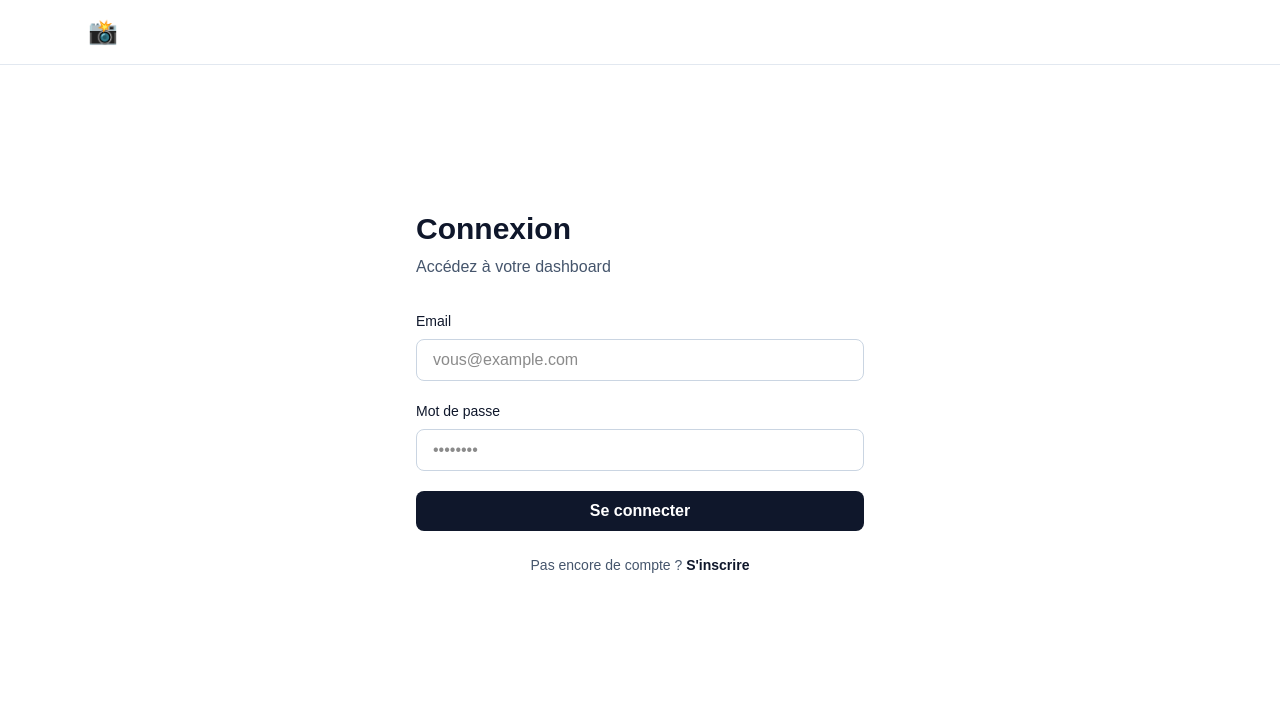
Repository: rodriguesr-sfeir/event-app
Page: /client/login (app in frontend/)
These files come from the project's save history. The page is drawn as it stood at one moment and after the next save; the edit follows.
The browser window is 1280 px wide. The pictures show the whole page.
The project was rebuilt for these pictures with package versions that can differ from the ones it lists, and the page was loaded fresh each time. The framework's server and built-in components were replaced by stand-ins that run in the browser. Also part of the build but not shown: frontend/next.config.ts.

Above is the page before, as saved 2026-08-10 19:00:20.

After the next save:
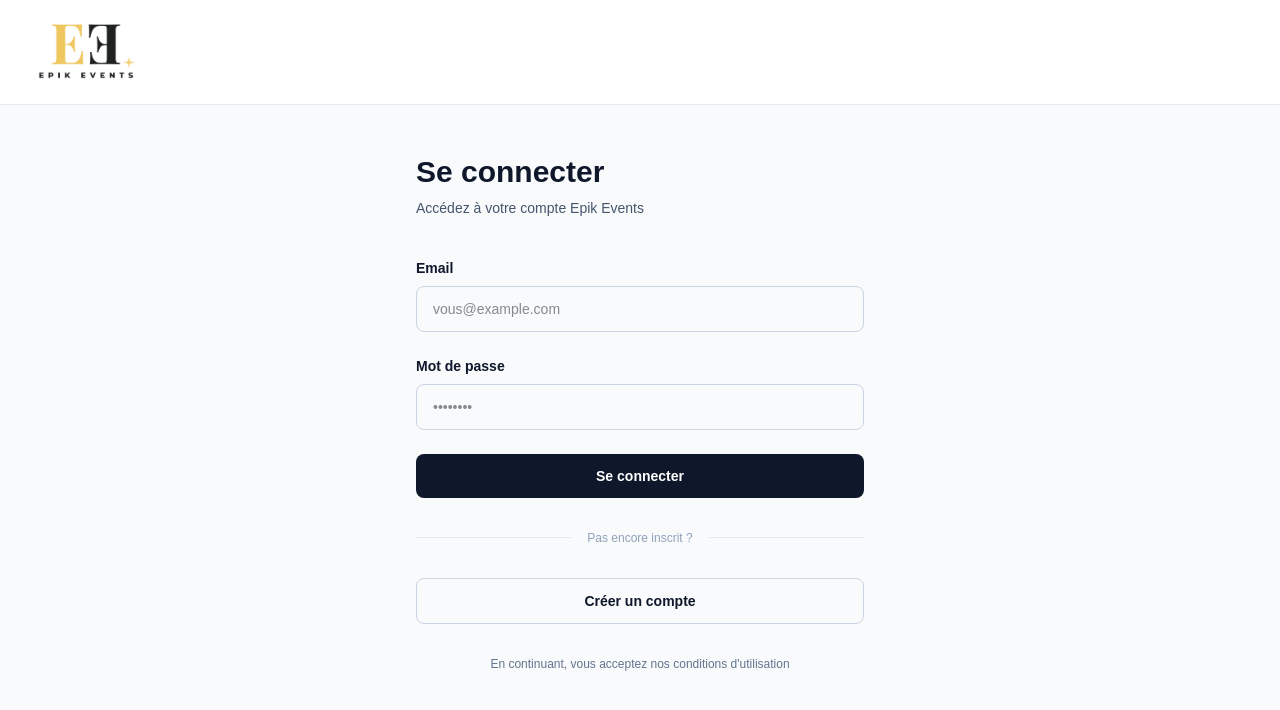
Saved 40 min 57 s later.
--- a/frontend/src/app/client/login/page.tsx
+++ b/frontend/src/app/client/login/page.tsx
@@ -26,6 +26,7 @@ export default function LoginPage() {
       if (response.data.success) {
         localStorage.setItem('clientToken', response.data.data.token);
         localStorage.setItem('clientId', response.data.data.userId);
+        localStorage.setItem('clientEmail', response.data.data.email);
         localStorage.setItem('clientName', `${response.data.data.first_name} ${response.data.data.last_name}`);
         router.push('/client/dashboard');
       } else {
@@ -39,12 +40,12 @@ export default function LoginPage() {
   };
 
   return (
-    <div className="min-h-screen bg-white flex flex-col">
+    <div className="min-h-screen bg-slate-50 flex flex-col">
       {/* Navigation */}
-      <nav className="border-b border-slate-200">
-        <div className="max-w-6xl mx-auto px-6 py-4">
-          <Link href="/" className="text-2xl font-bold text-slate-900">
-            📸
+      <nav className="bg-white border-b border-slate-200">
+        <div className="max-w-7xl mx-auto px-8 py-4">
+          <Link href="/">
+            <img src="/images/logo.png" alt="Epik Events" className="h-18 w-auto" />
           </Link>
         </div>
       </nav>
@@ -53,16 +54,16 @@ export default function LoginPage() {
       <div className="flex-1 flex items-center justify-center px-6 py-12">
         <div className="w-full max-w-md">
           {/* Header */}
-          <div className="mb-8">
-            <h1 className="text-3xl font-bold text-slate-900 mb-2">Connexion</h1>
-            <p className="text-slate-600">Accédez à votre dashboard</p>
+          <div className="mb-10">
+            <h1 className="text-3xl font-bold text-slate-900 mb-2">Se connecter</h1>
+            <p className="text-slate-600 text-sm">Accédez à votre compte Epik Events</p>
           </div>
 
           {/* Form */}
-          <form onSubmit={handleSubmit} className="space-y-5">
+          <form onSubmit={handleSubmit} className="space-y-6">
             {/* Email */}
             <div>
-              <label className="block text-sm font-medium text-slate-900 mb-2">
+              <label className="block text-sm font-semibold text-slate-900 mb-2">
                 Email
               </label>
               <input
@@ -71,13 +72,13 @@ export default function LoginPage() {
                 onChange={(e) => setEmail(e.target.value)}
                 placeholder="vous@example.com"
                 required
-                className="w-full px-4 py-2 border border-slate-300 rounded-lg focus:ring-2 focus:ring-slate-900 focus:border-transparent outline-none transition"
+                className="w-full px-4 py-3 border border-slate-300 rounded-lg focus:ring-2 focus:ring-slate-900 focus:border-transparent outline-none transition text-sm"
               />
             </div>
 
             {/* Password */}
             <div>
-              <label className="block text-sm font-medium text-slate-900 mb-2">
+              <label className="block text-sm font-semibold text-slate-900 mb-2">
                 Mot de passe
               </label>
               <input
@@ -86,14 +87,14 @@ export default function LoginPage() {
                 onChange={(e) => setPassword(e.target.value)}
                 placeholder="••••••••"
                 required
-                className="w-full px-4 py-2 border border-slate-300 rounded-lg focus:ring-2 focus:ring-slate-900 focus:border-transparent outline-none transition"
+                className="w-full px-4 py-3 border border-slate-300 rounded-lg focus:ring-2 focus:ring-slate-900 focus:border-transparent outline-none transition text-sm"
               />
             </div>
 
             {/* Error */}
             {error && (
-              <div className="bg-red-50 border border-red-200 text-red-900 p-3 rounded-lg text-sm">
-                ✕ {error}
+              <div className="bg-red-50 border border-red-200 text-red-700 p-4 rounded-lg text-sm">
+                {error}
               </div>
             )}
 
@@ -101,21 +102,31 @@ export default function LoginPage() {
             <button
               type="submit"
               disabled={loading}
-              className="w-full bg-slate-900 hover:bg-slate-800 disabled:bg-slate-400 text-white font-semibold py-2 rounded-lg transition duration-200"
+              className="w-full bg-slate-900 hover:bg-slate-800 disabled:bg-slate-400 text-white font-semibold py-3 rounded-lg transition duration-200 text-sm"
             >
               {loading ? 'Connexion en cours...' : 'Se connecter'}
             </button>
           </form>
 
+          {/* Divider */}
+          <div className="my-8 flex items-center gap-4">
+            <div className="flex-1 h-px bg-slate-200"></div>
+            <span className="text-slate-400 text-xs">Pas encore inscrit ?</span>
+            <div className="flex-1 h-px bg-slate-200"></div>
+          </div>
+
           {/* Signup Link */}
-          <div className="mt-6 text-center">
-            <p className="text-slate-600 text-sm">
-              Pas encore de compte ?{' '}
-              <Link href="/client/signup" className="text-slate-900 font-semibold hover:underline">
-                S'inscrire
-              </Link>
-            </p>
-          </div>
+          <Link
+            href="/client/signup"
+            className="block w-full text-center border border-slate-300 hover:bg-slate-50 text-slate-900 font-semibold py-3 rounded-lg transition duration-200 text-sm"
+          >
+            Créer un compte
+          </Link>
+
+          {/* Footer */}
+          <p className="text-center text-slate-500 text-xs mt-8">
+            En continuant, vous acceptez nos conditions d'utilisation
+          </p>
         </div>
       </div>
     </div>
